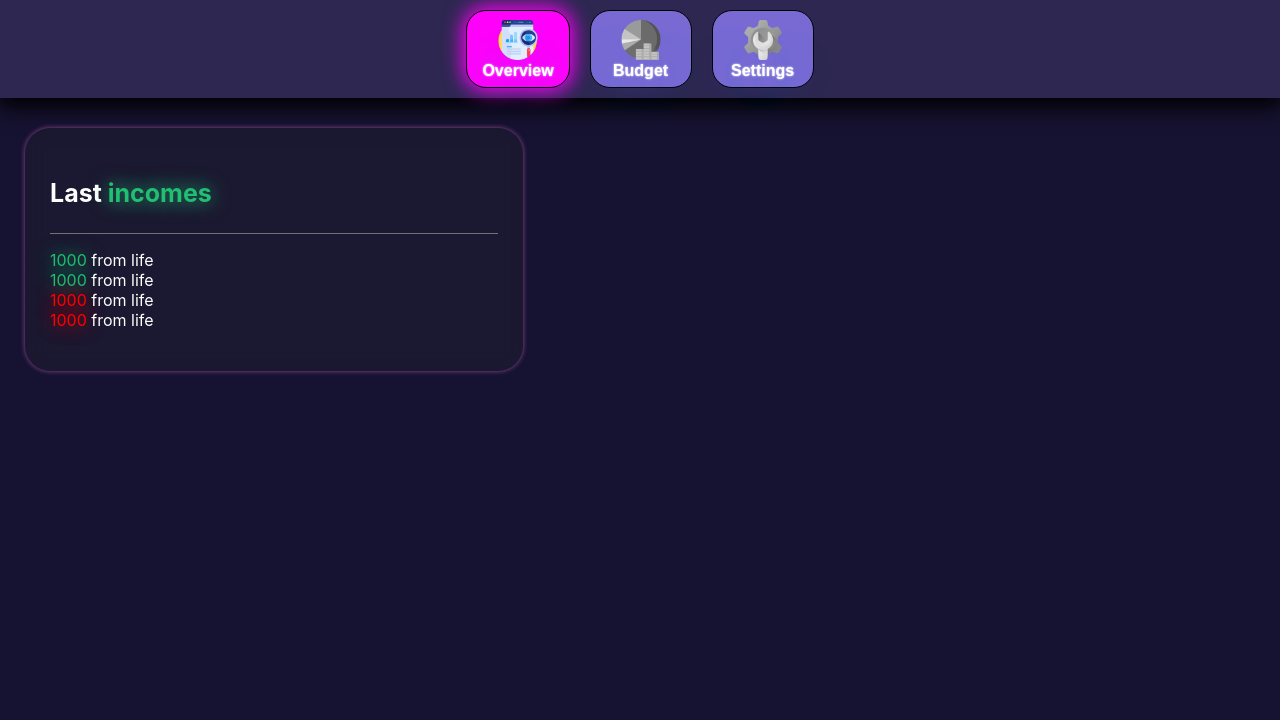
Repository: Minkeani/Money-Manager
Page: /Overview
An editor plug-in stored every save of this project. The page is shown before and after a run of saves, followed by the edit.
The browser window is 1280 px wide. The pictures show the whole page.
The project was rebuilt for these pictures with package versions that can differ from the ones it lists, and the page was loaded fresh each time. Also part of the build but not shown: src/components/Budget/Budget.module.css, src/components/Budget/Budget.jsx, src/components/Settings/Settings.jsx, src/components/NotFound/NotFound.module.css, src/components/NotFound/NotFound.jsx.

Above is the page before, as saved 2022-07-14 19:52:01.

### src/index.js
import React from 'react';
import ReactDOM from 'react-dom/client';
import './styles/index.css'
import App from './App';

const root = ReactDOM.createRoot(document.getElementById('root'));
root.render(
    <App />
);

### src/styles/index.css
:root {
  --color-theme: #161231;
	--color-white: #fff;
	--color-black: #000;
	--color-dark-gray: #10100e;
	--color-yellow: #ffff00;
	--color-blue: #6884fb;
	--color-red: #f75d83;
	--font-bold: 600;
	--color-violet: #ae72c2;
	--text-shadow-yellow:
		0 0 2px var(--color-white),
		0 0 40px var(--color-blue);

	--spacing-medium: 20px;

	--spacing-small: 10px;

	--spacing-ultra-small: 5px;

	--spacing-large: 30px;

	--font-family-main: sans-serif;

	--border-radius-small: 3px;

	--border-radius-medium: 5px;

	--margin-list: 7px;

	--font-size-main: 16px;

	--font-size-header: 26px;

	--font-size-subheader: 18px;

	/* Theme */
	--theme-light-header: #dfe2df;

	--theme-dark-header: #ca6ca6;

	--theme-neitral-header: #cccc46;

	--theme-default-header: var(--theme-neitral-header);

	--transition: .4s;

	--theme-light-bg-img: linear-gradient(to top, #b7b7b7, #a396b0, #9a72a0, #984986, #960062);

	--theme-dark-bg-img:  linear-gradient(to top, #6a2b60, #532143, #3b192b, #221118, #000000);

	--width-max: 1200px

}
body {
  margin: 0;
	padding: 0;
	background-color: var(--color-theme);
  font-family: -apple-system, BlinkMacSystemFont, 'Segoe UI', 'Roboto', 'Oxygen',
    'Ubuntu', 'Cantarell', 'Fira Sans', 'Droid Sans', 'Helvetica Neue',
    sans-serif;
  -webkit-font-smoothing: antialiased;
  -moz-osx-font-smoothing: grayscale;
}

code {
  font-family: source-code-pro, Menlo, Monaco, Consolas, 'Courier New',
    monospace;
}

### src/App.js
import styles from './App.module.css';
import Header from './components/Header/Header';
import RoutesConfig from './routes/RoutesConfig';
import { Routes, Route, BrowserRouter, Router } from 'react-router-dom';

function App() {
  return (
    <div className={styles.App}>
      <BrowserRouter>
        <div className={styles.wrapper}>
          <Header/>
            <Routes>
              {RoutesConfig.map((route, index) => (
                <Route
                  key={index}
                  exact={route.exact}
                  element={<route.element/>}
                  path={route.path}
                />
              ))}
            </Routes>
        </div>
      </BrowserRouter>
    </div>
  );
}

export default App;

### src/App.module.css
.App {
  text-align: center;
  display: flex;
  justify-content: center;
  align-items: center;
  margin: 0 auto;
}

.App-logo {
  height: 40vmin;
  pointer-events: none;
}

.wrapper {
  width: 100%;
}

@media (prefers-reduced-motion: no-preference) {
  .App-logo {
    animation: App-logo-spin infinite 20s linear;
  }
}

.App-header {
  background-color: #282c34;
  min-height: 100vh;
  display: flex;
  flex-direction: column;
  align-items: center;
  justify-content: center;
  font-size: calc(10px + 2vmin);
  color: white;
}

.App-link {
  color: #61dafb;
}

@keyframes App-logo-spin {
  from {
    transform: rotate(0deg);
  }
  to {
    transform: rotate(360deg);
  }
}

### src/components/Header/Header.jsx
import React, {useState} from 'react'
import styles from './Header.module.scss'
import { Link } from 'react-router-dom';
import Budget from '../../icons/budget.svg'
import overview from '../../icons/Overview.svg'
import settings from '../../icons/settings.svg'
import { motion } from "framer-motion";


export default function Header() {
  const [active, setActive] = useState(1)

  const HeaderAnimation = {
    hidden: {
      y: 100,
      opacity: 0
    },
    visible: custom => ({
      y: 0,
      opacity: 1,
      transition: {delay: custom * 0.2}
    })
  };


  return (
    <motion.div
      initial="hidden"
      whileInView="visible"
      viewport={{ amount: 0.3, once: true }}
      variants={HeaderAnimation}
      className={styles.container}>
    <ul className={styles.list__container}>
        <li
          onClick={() => setActive(1)}
          className={active === 1 ? styles.active : ''}
        >
            <Link to='/Overview' exact='true' >
                 <img src={overview} alt="" />
                Overview</Link>
        </li>
        <li
          onClick={() => setActive(2)}
          className={active === 2 ? styles.active : ''}
          >
            <Link to='/Budget' exact='true' >
               <img src={Budget} alt="" />
              Budget</Link></li>
        <li
           onClick={() => setActive(3)}
           className={active === 3 ? styles.active : ''}
          >
            <Link to="/Settings" exact='true'>
              <img src={settings} alt="" />
              Settings</Link></li>
    </ul>

    </motion.div>
  )
}

### src/routes/RoutesConfig.js
import Budget from "../components/Budget/Budget"
import Overview from "../components/Overview/Overview"
import Settings from "../components/Settings/Settings"
import NotFound from "../components/NotFound/NotFound"

const RoutesConfig = [
    {
        path: '/Budget',
        exact: true,
        element: Budget
    },
    {
        path: '/Overview',
        exact: true,
        element: Overview
    },
    {
        path: '/Settings',
        exact: true,
        element: Settings
    }, {
        path: '/NotFound',
        exact: true,
        element: NotFound
    },

]

export default RoutesConfig

### src/components/Header/Header.module.scss
.container {
    display: flex;
    align-items: center;
    justify-content: center;
    margin-bottom: var(--spacing-large);
    background-color: #2d2751;
    width: 100%;
    box-shadow: 0px 7px 20px 2px ;
}
.list__container {
    display: flex;
    flex-wrap: wrap;
    margin: 0;
    padding: 0;
    list-style-type: none;
}

.list__container li {
    background-color: #7869d3;
    flex-direction: column;
    border: 1px solid black;
    margin: 10px;
    border-radius: 20px;
    cursor: pointer
}

.list__container li:hover {
    background-color: #dd6edb;

}



.list__container a {
    display: flex;
    align-items: center;
    flex-direction: column;
    margin: 0 10px;
    padding: 5px 3px;
    min-width: 70px;
    border: 2px solid transparent;
    border-radius: var(--border-radius-small);
    color: var(--color-white);
    text-align: center;
    font-family: var(--font-family-main);
    text-decoration: none;
    font-weight: var(--font-bold);
    text-shadow: var(--text-shadow-yellow);
    transition: var(--transition);
}

.list__container .active {
    background-color: #ff00fa;
    box-shadow: 0 0 20px 3px #ff00fa;
     img {
        filter: grayscale(0);
    }

}



.list__container img {
    height: 2.5rem;
    margin: 0.1375rem;
    width: 2.5rem;
    filter: grayscale(1);
}
.list__container :global(a.active) {
    border: 2px solid var(--color-violet);
    color: var(--color-violet);
    text-shadow: none;
}

.logo {
    width: 60px;
    height: 60px;
    margin-right: var(--spacing-large);
    object-fit: cover;
    object-position: center center;
}

### src/components/Overview/Overview.jsx
import React from 'react'
import OverviewBlock from '../OverviewBlocks/OverviewBlock'

export default function Overview() {
  return (
    <div>
      <OverviewBlock/>
    </div>
  )
}

### src/components/OverviewBlocks/OverviewBlock.jsx
import React, {useState} from 'react';
import styles from './Overview.module.css'

const OverviewBlock = () => {
    const [blocks, setBlocks] = useState([
        {type: 'Incomes', sign: '+', classes: 'money', money: 1000, category: 'life'},
        {type: 'Expenses', sign: '-', classes: 'Remoney', money: 1000, category: 'life'}
])

    return (
        <div className={styles.container}>
            <h3 className={styles.title}>Last <span className={styles.money}>incomes</span></h3>
            <div className={styles.dilivar}></div>
            <ul className={styles.list}>
                <li><span className={styles.money}>1000</span> from <span>life</span></li>
                <li><span  className={styles.money}>1000</span> from <span>life</span></li>
                <li><span  className={styles.Remoney}>1000</span> from <span>life</span></li>
                <li><span  className={styles.Remoney}>1000</span> from <span>life</span></li>

            </ul>
        </div>
    );
}

export default OverviewBlock;

### src/components/OverviewBlocks/Overview.module.css
.container {
    display: flex;
    flex-direction: column;
    align-items: start;
    overflow-y: auto;
    border-radius: 1.5625rem;
    width: 35%;
    padding: 25px;
    margin: 25px;
    background: rgba(50, 50, 50, 0.2);
    backdrop-filter: blur(10px);
    box-shadow: 0 0 5px 0px #8e4a8e;
    color: white;
}

.title {
    color: #fff;
    font-size: 1.5625rem;
}

.dilivar {
    background-color: #707175;
    height: 1px;
    width: 100%;
}

.money {
    color: #21bf73;
    text-shadow: 0 0 20px #21bf73;
}

.Remoney {
    color: red;
    text-shadow: 0 0 20px red;
}

.list {
    list-style-type: none;
    padding: 0;
}

### src/components/Overview/Overview.module.css
.container {
    display: grid;
    grid-template-columns: 1fr 1fr;
    grid-template-rows: 1fr 1fr;
    padding: 20px;
    gap: 20px 20px;
}

Loaded but not shown: public/index.html (common file)

After the next 2 saves:
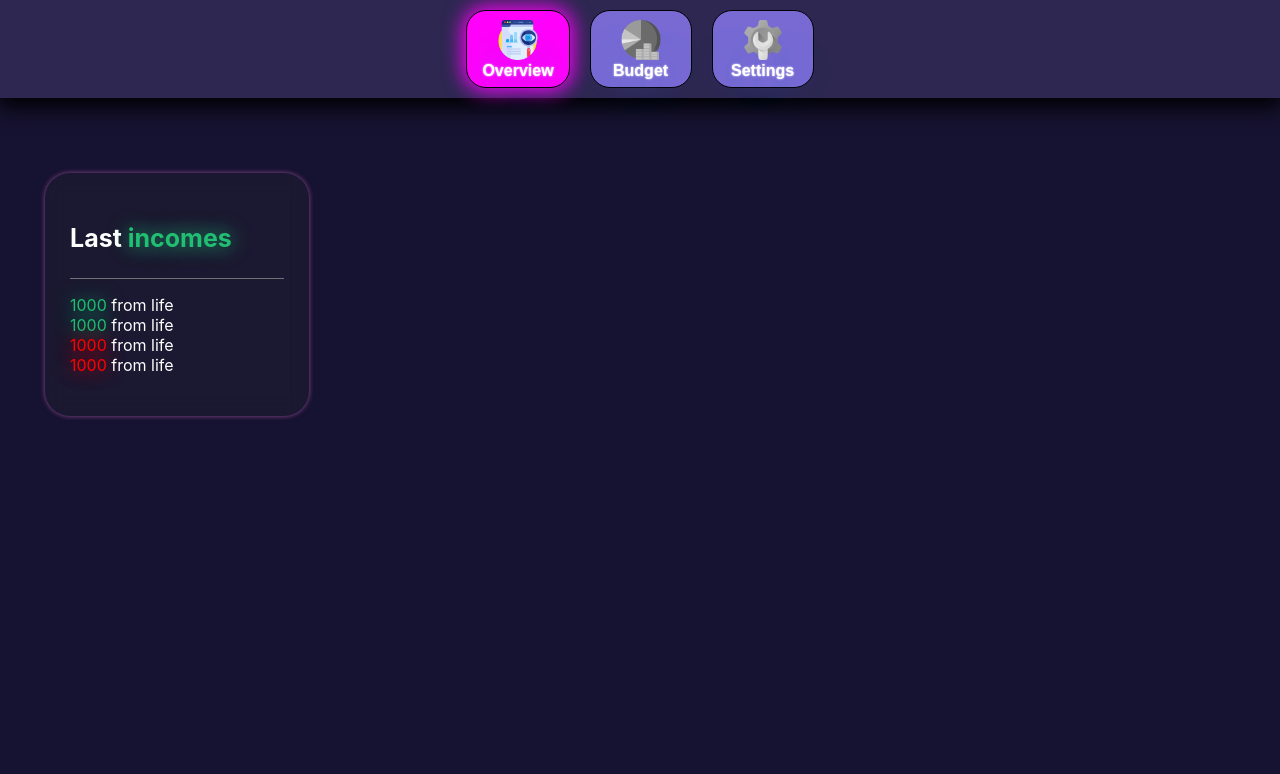
The 2 saves are shown as one change because 1 did not build or start.
The last was saved 27 s later.
--- a/src/components/Overview/Overview.jsx
+++ b/src/components/Overview/Overview.jsx
@@ -1,9 +1,10 @@
 import React from 'react'
 import OverviewBlock from '../OverviewBlocks/OverviewBlock'
+import styles from './Overview.module.css'
 
 export default function Overview() {
   return (
-    <div>
+    <div className={styles.container}>
       <OverviewBlock/>
     </div>
   )
